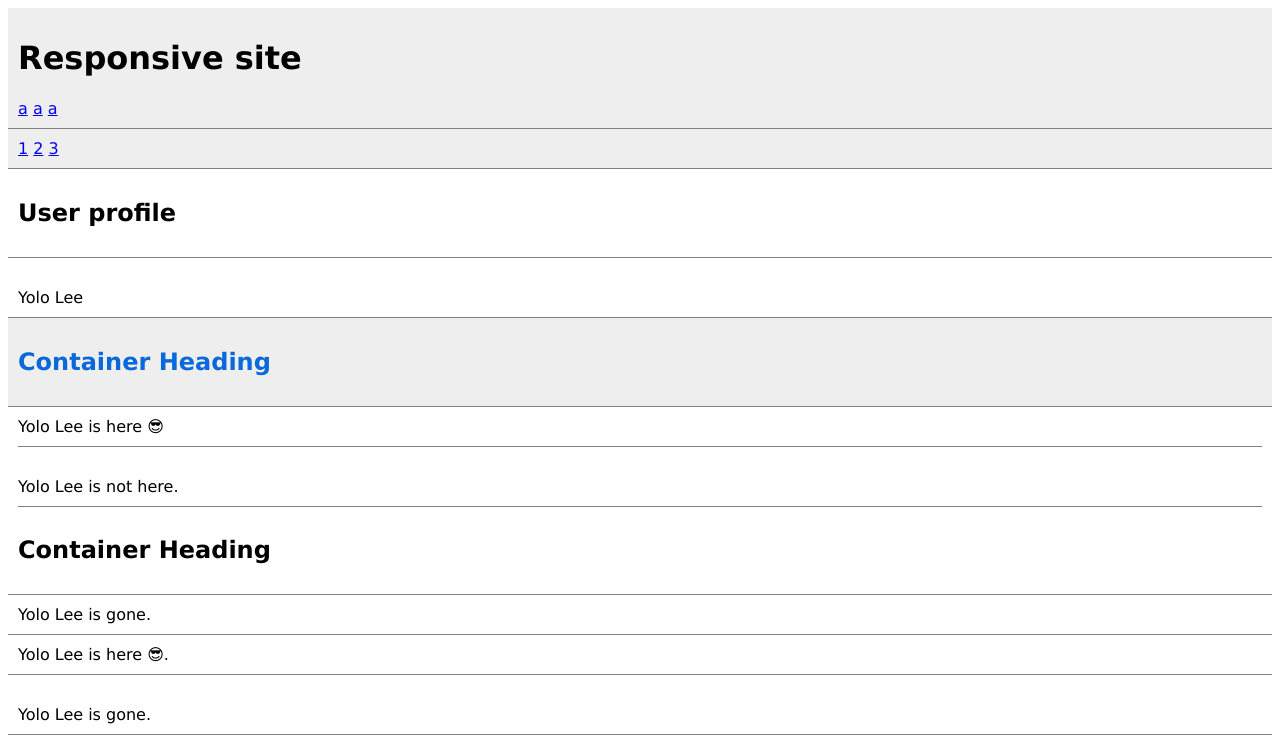
Repository: HyunJunggggg/MDIA2109
Page: inclass/week6/index.html
These files come from the project's save history. The page is drawn as it stood at one moment and after a run of saves; the edit follows.
The browser window is 1280 px wide. The pictures show the whole page.

Above is the page before, as saved 2025-02-13 15:32:22.

After the next 4 saves:
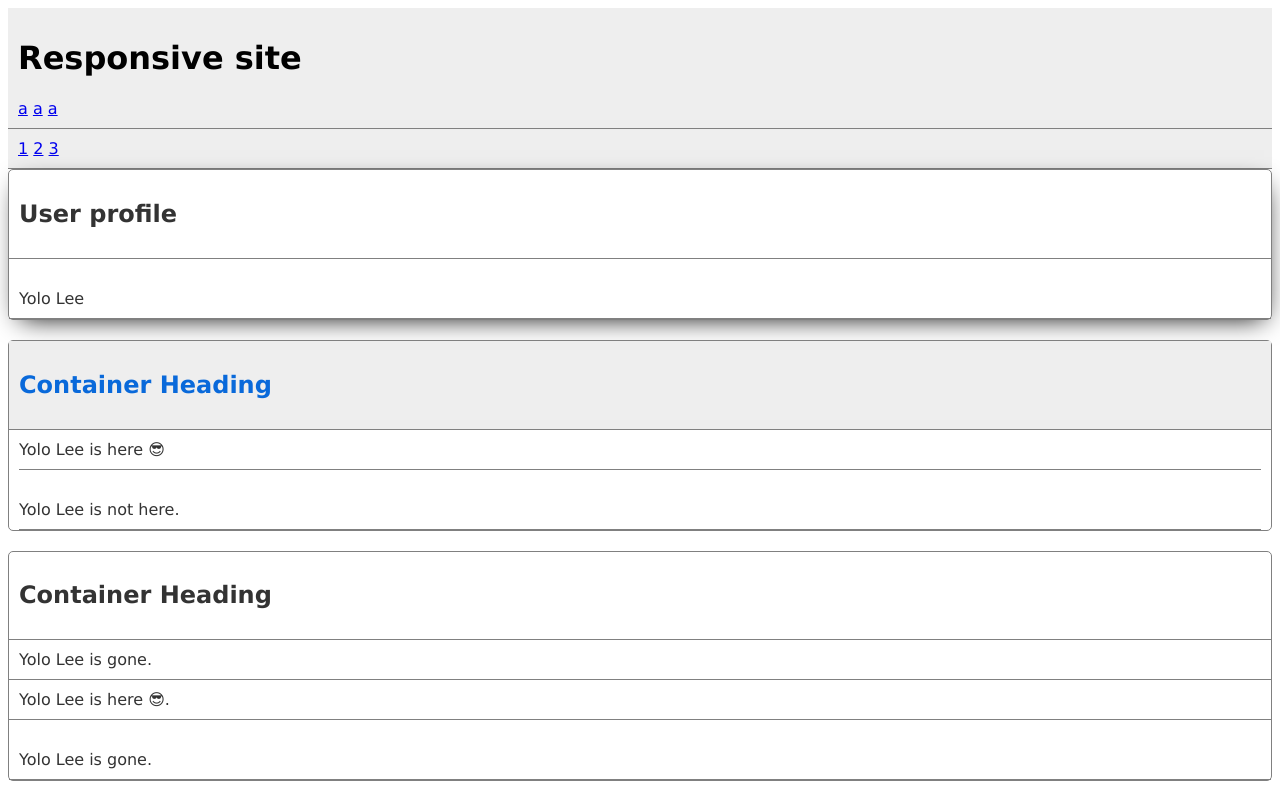
The 4 saves are shown as one change because they came seconds apart.
The last was saved 15 s later.
--- a/inclass/week6/css/style.css
+++ b/inclass/week6/css/style.css
@@ -8,7 +8,10 @@ html{
   padding:  10px;
 }
 
-.pag
+.page--header--link{
+  border: 1px solid #333;
+
+}
 
 
 
